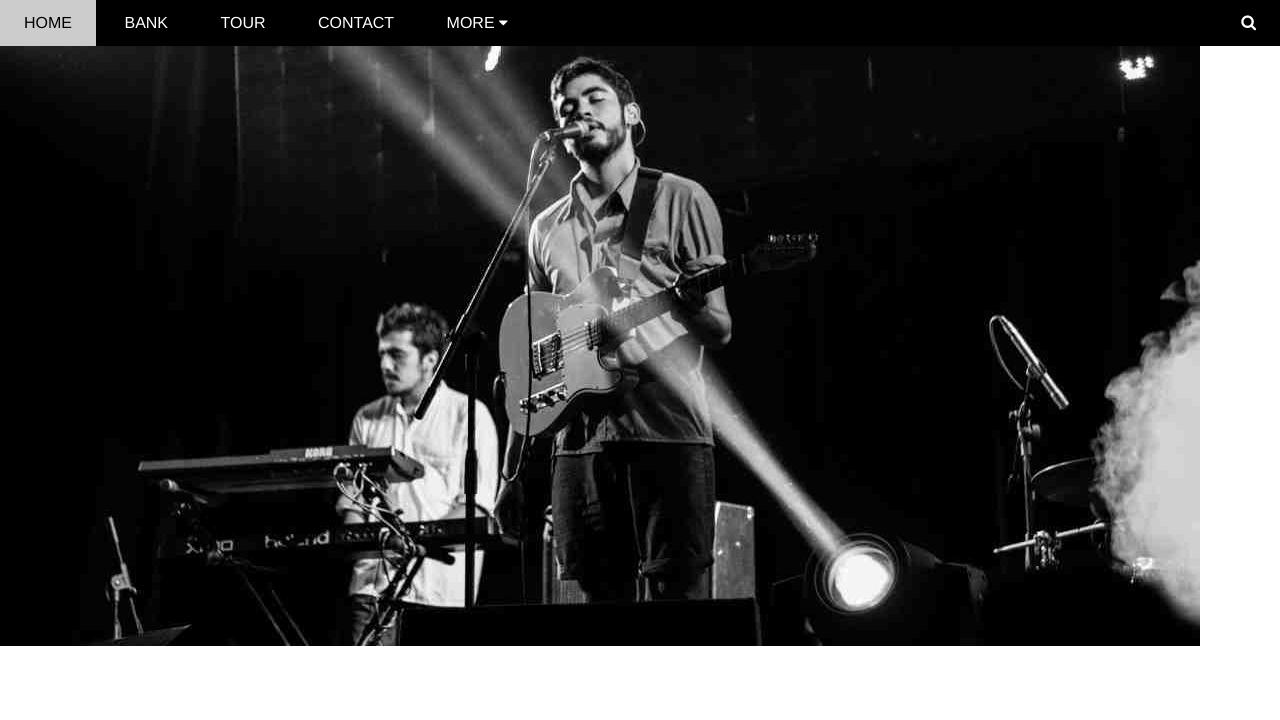
Repository: vuongtm1999/TheBand_W3School
Page: index.html
The author's editor kept a copy of each file at every save. The page is drawn from the files as they stood at one save, then again after the next save.
The browser window is 1280 px wide. The pictures show the whole page.

Above is the page before, as saved 2022-08-25 09:28:52.

### index.html
<!DOCTYPE html>
<html lang="en">
<head>
    <meta charset="UTF-8">
    <meta http-equiv="X-UA-Compatible" content="IE=edge">
    <meta name="viewport" content="width=device-width, initial-scale=1.0">
    <title>Document</title>
    <link rel="stylesheet" href="./assets/css/style.css">
    <link rel="stylesheet" href="https://cdnjs.cloudflare.com/ajax/libs/font-awesome/4.7.0/css/font-awesome.min.css">

</head>
<body>
        <div id="header">
            <!-- begin: nav -->
            <ul id="nav">
                <li><a href="#">Home</a></li>
                <li><a href="#">Bank</a></li>
                <li><a href="#">Tour</a></li>
                <li><a href="#">Contact</a></li>
                <li>
                    <a href="#">More <i style="font-size: 15px;" class="fa fa-caret-down"></i></a>
                    <ul class="subnav">
                        <li><a href="#">Merchandise</a></li>
                        <li><a href="#">Extras</a></li>
                        <li><a href="#">Media</a></li>
                    </ul>
                </li>
            </ul>
            <!-- end: nav -->

            <!-- begin: search button -->
            <div class="search-button">
                <i class="fa fa-search"></i>
            </div>
            <!-- end: search button -->
        </div>

        <div id="slider">

        </div>

        <div id="container">
            <div id="content">

            </div>

        </div>

        <div id="footer">

        </div>
    </div>
</body>
</html>

### assets/css/style.css
/* reset CSS */
* {
    margin: 0;
    padding: 0;
    box-sizing: border-box;
}

html {
    font-family: Helvetica, Arial, sans-serif;
}

#nav, .subnav{
    list-style-type: none;
}

#nav{
    display: inline-block;
}

/*
Nguyen tac lam viec
1. Vi tri
2. Kich thuoc
3. Mau sac
4. Kieu dang (kieu chu, hinh tron hay hinh vuong,...)
*/

/*
Tu ngoai vao trong
Tu tren xuong duoi
TU tong quan den chi tiet
 */

#main {}

#header {
    position: fixed;
    height: 46px;
    background-color: #000;
    color: #fff;
    top: 0;
    left: 0;
    right: 0;
}

#nav li {
    text-decoration: none;
    line-height: 46px;
}

a{
    text-decoration: none;
}

#nav > li > a {
    /* display: inline-block; */
    padding: 0px 24px;
    color: #ffffff;
    text-transform: uppercase;
}

#nav > li {
    display: inline-block;
}

#nav li:last-child {
    position: relative;
}

#nav .subnav {
    background-color: #fff;
    position: absolute;
    display: none;
    top: 100%;
    left: 0;
    box-shadow:  0px 0px 10px rgba(0, 0, 0, 0.3);
    min-width: 160px;
}

#nav .subnav a{
    color: #000;
    padding: 0px 12px;
    line-height: 30px;
    display: inline-block;
    width: 100%;
}

#nav .subnav li:hover,
#nav > li:hover > a {
    color: #000;
    background-color: #ccc;
    display: block;
}

#nav > li:last-child:hover .subnav{
    display: block;
}

#slider {
    height: 200px;
    background-color: rgb(27, 22, 22);
    margin-top: 46px;
/* padding-top bang 50% chieu rong cua thanh phan do */
    padding-top: 50%;

    background: url("/assets/img/chicago.jpg") no-repeat;
}

/* search btn */
#header .search-button{
    float: right;
    line-height: 46px;
    padding: 0 24px;
}

#header .search-button:hover{
    background-color: #f44336;
    cursor: pointer;
}




#container {}

#content {}

#footer {}

After the next save:
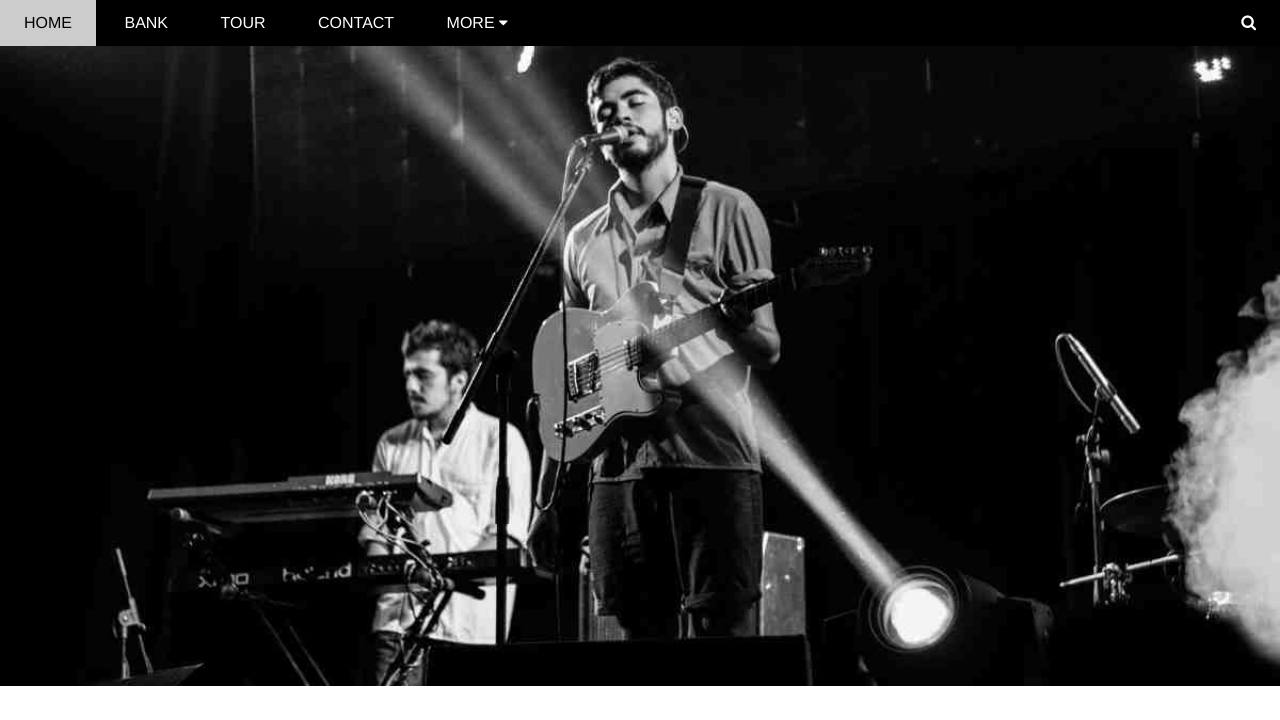
Saved 32 s later.
--- a/assets/css/style.css
+++ b/assets/css/style.css
@@ -103,7 +103,7 @@ a{
 /* padding-top bang 50% chieu rong cua thanh phan do */
     padding-top: 50%;
 
-    background: url("/assets/img/chicago.jpg") no-repeat;
+    background: url("/assets/img/chicago.jpg") top center / cover no-repeat;
 }
 
 /* search btn */
